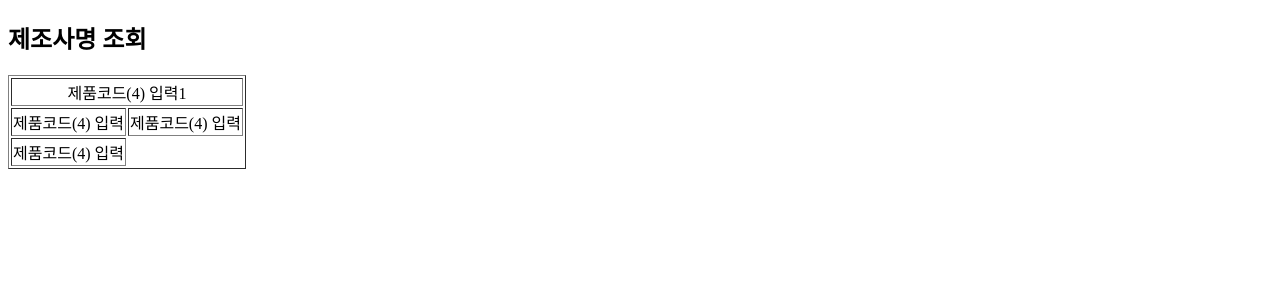
Repository: yyb03054/initProject
Page: http://localhost/examination/
The author's editor kept a copy of each file at every save. The page is drawn from the files as they stood at one save, then again after the next save.
The browser window is 1280 px wide. The pictures show the whole page.
The page is served by Tomcat 9. Other server files are loaded and not shown.

Above is the page before, as saved 2022-02-10 02:41:08.

### examination/WebContent/index.jsp
<%@ page language="java" contentType="text/html; charset=UTF-8"
    pageEncoding="UTF-8"%>
<!DOCTYPE html PUBLIC "-//W3C//DTD HTML 4.01 Transitional//EN" "http://www.w3.org/TR/html4/loose.dtd">
<html>
<head>
<meta http-equiv="Content-Type" content="text/html; charset=UTF-8">
<title>Insert title here</title>
</head>
<body>
				<h2>제조사명 조회</h2>
	   <table border="1">
	   				<tr>
	   								<td colspan="2" align="center">
	   												제품코드(4) 입력1
	   								</td>
	   				</tr>
	   				<tr>
	   								<td align="center">
	   												제품코드(4) 입력
	   								</td>
	   								<td align="center">
	   												제품코드(4) 입력
	   								</td>
	   				</tr>
	   				<tr>
	   								<td align="center">
	   												제품코드(4) 입력
	   								</td>
	   				</tr>
	   </table>
</body>
</html>

After the next save:
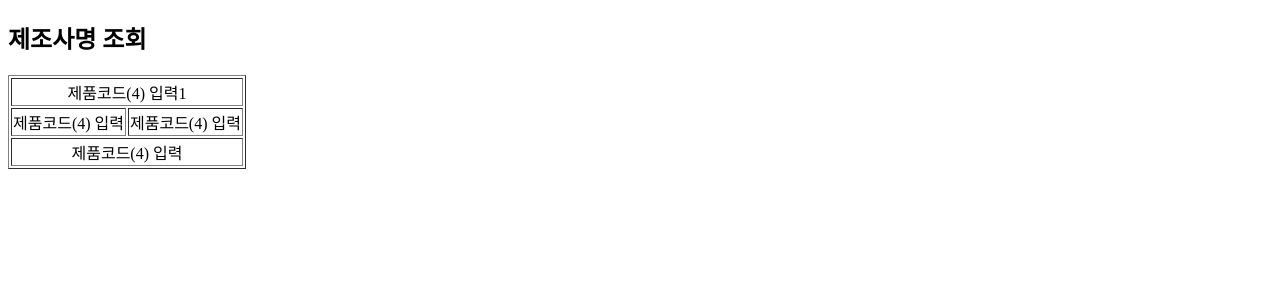
Saved 20 s later.
--- a/examination/WebContent/index.jsp
+++ b/examination/WebContent/index.jsp
@@ -23,7 +23,7 @@
 	   								</td>
 	   				</tr>
 	   				<tr>
-	   								<td align="center">
+	   								<td colspan="2" align="center">
 	   												제품코드(4) 입력
 	   								</td>
 	   				</tr>
